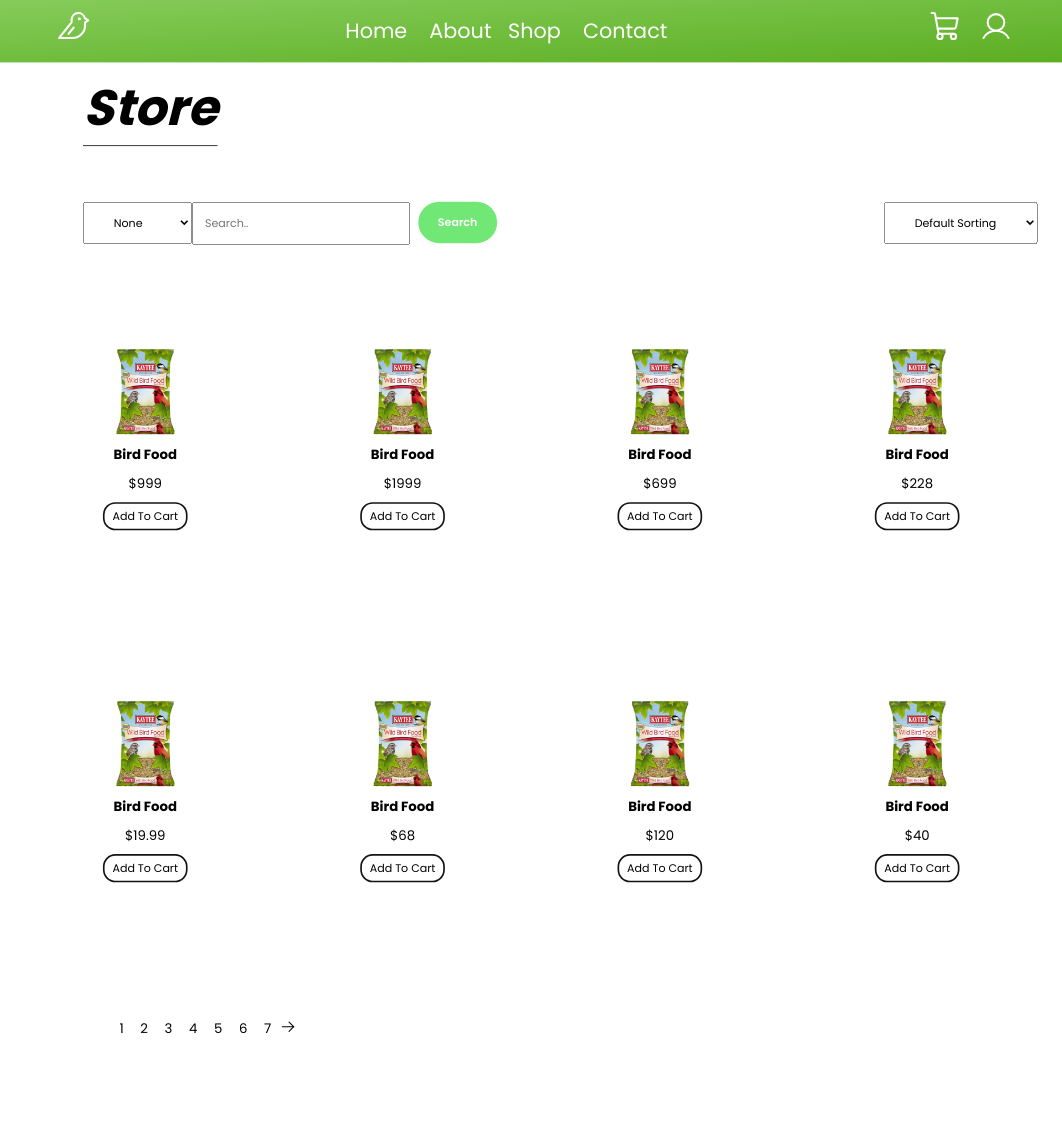
Repository: Vuhainam64/SWP391
Page: / (app in React/swp391-app/)
An editor plug-in stored every save of this project. The page is shown before and after the next save, followed by the edit.
The browser window is 1280 px wide. The pictures show the whole page, at 83% of full size.
The project was rebuilt for these pictures with package versions that can differ from the ones it lists, and the page was loaded fresh each time. Also part of the build but not shown: React/swp391-app/src/pages/register/register.jsx, React/swp391-app/src/pages/home/home.css, React/swp391-app/src/pages/home/home-product.jsx, React/swp391-app/src/pages/home/home.jsx, React/swp391-app/src/pages/about/about.jsx, React/swp391-app/src/pages/contact/contact.jsx, React/swp391-app/src/pages/cart/cart-item.jsx, React/swp391-app/src/pages/cart/cart.css and 2 more.

Above is the page before, as saved 2023-06-05 07:40:28.

After the next save:
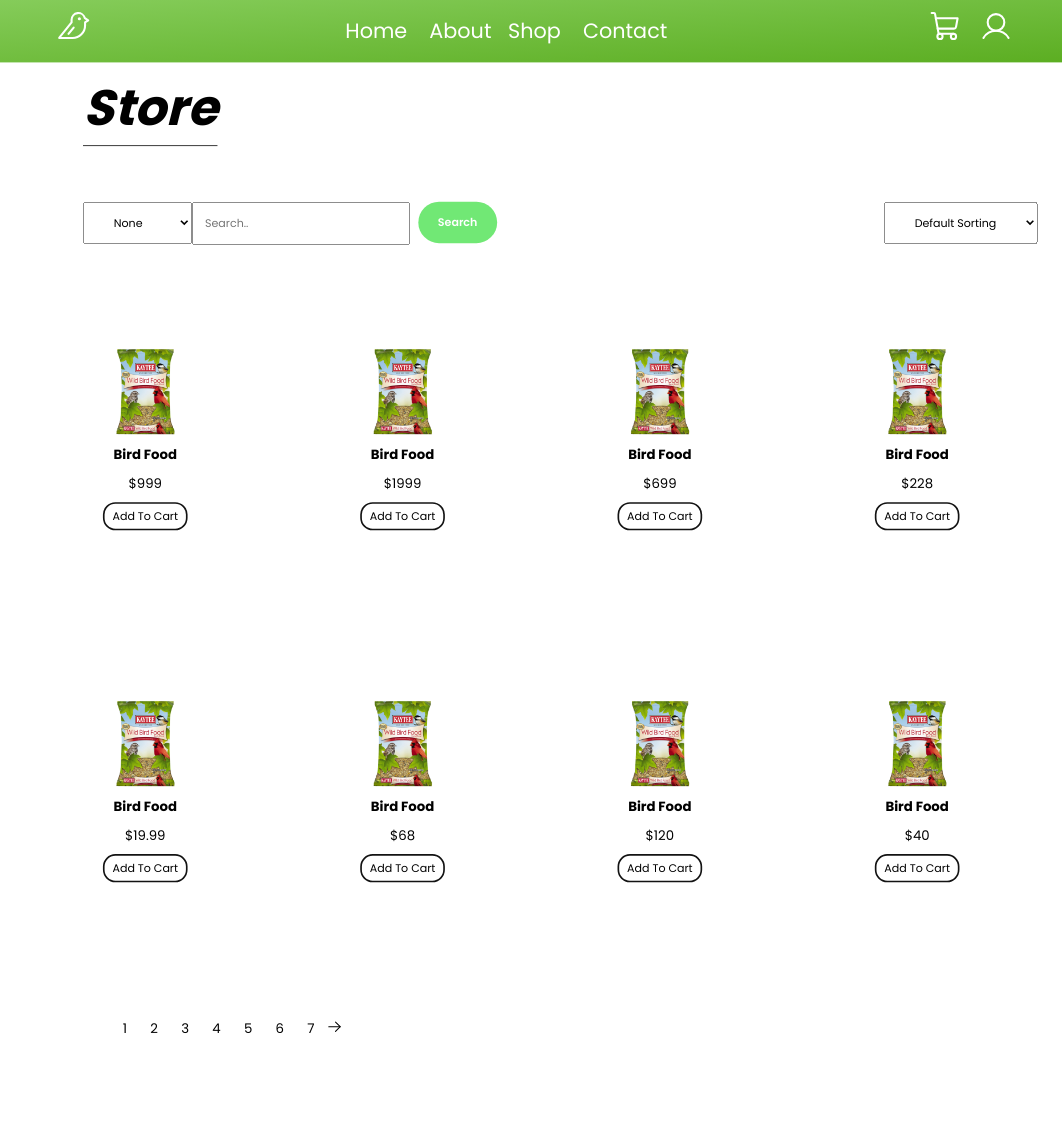
Saved 21 s later.
--- a/React/swp391-app/src/pages/shop/shop.css
+++ b/React/swp391-app/src/pages/shop/shop.css
@@ -130,5 +130,5 @@
 }
 
 .page-number-count li {
-    margin: 0 10px
+    margin: 0 14px
 }
